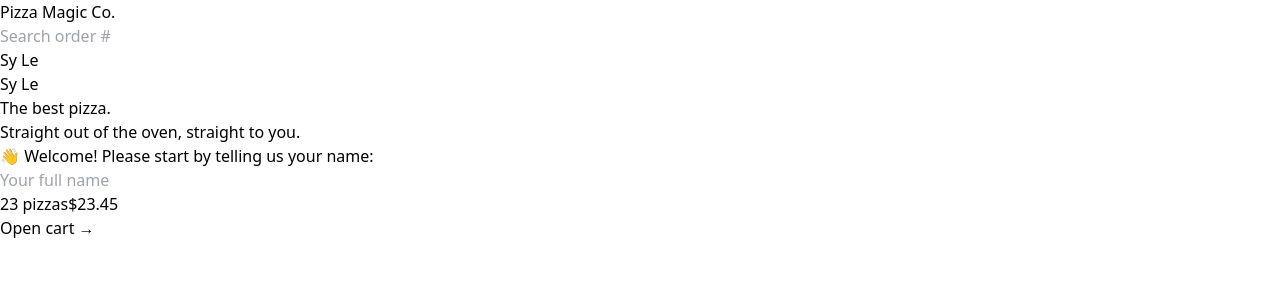
Repository: SyLe-Van/The-Pizza-Magic-web
Page: /
An editor plug-in stored every save of this project. The page is shown before and after the next save, followed by the edit.
The browser window is 1280 px wide. The pictures show the whole page.
The project was rebuilt for these pictures with package versions that can differ from the ones it lists, and the page was loaded fresh each time. Also part of the build but not shown: vite.config.js, src/ui/Loader.jsx, src/services/apiRestaurant.js, src/features/menu/Menu.jsx, src/features/cart/Cart.jsx, src/ui/Error.jsx, src/features/order/CreateOrder.jsx, src/utils/helpers.js and 1 more. Imported but missing from the stored project, and not drawn on this page: src/features/menu/MenuItem.

Above is the page before, as saved 2024-07-25 21:42:00.

### index.html
<!doctype html>
<html lang="en">
  <head>
    <meta charset="UTF-8" />
    <link rel="icon" type="image/svg+xml" href="/vite.svg" />
    <meta name="viewport" content="width=device-width, initial-scale=1.0" />
    <title>Vite + React</title>
  </head>
  <body clas="bg-stone-100 text-stone-700">
    <div id="root"></div>
    <script type="module" src="/src/main.jsx"></script>
  </body>
</html>

### src/App.jsx
import {RouterProvider, createBrowserRouter } from "react-router-dom"
import Home from "./ui/Home"
import AppLayout from "./ui/AppLayout"
import Menu, {loader as menuLoader} from "./features/menu/Menu"
import Cart from "./features/cart/Cart"
import Error from "./ui/Error"
import CreateOrder, {action as CreateOrderAction} from "./features/order/CreateOrder"
import Order, {loader as orderLoader} from "./features/order/Order"
const router = createBrowserRouter([
  {
    element: <AppLayout />,
    errorElement: <Error />,
    children: [
      {
        path: "/",
        element: <Home />
      },
      {
        path: "/menu",
        element: <Menu />,
        loader: menuLoader,
        errorElement: <Error />,
      },
      {
        path: "/cart",
        element: <Cart />
      },
      {
        path: "/order/new",
        element: <CreateOrder />,
        action: CreateOrderAction,
      },
      {
        path: "/order/:orderId",
        element: <Order />,
        loader: orderLoader,
        errorElement: <Error />,
      }
    ]
  },


])

export default function App() {
  return <RouterProvider router={router} />
}

### src/index.css
@tailwind base;
@tailwind components;
@tailwind utilities;
/* body {
  font-family: system-ui, -apple-system, BlinkMacSystemFont, 'Segoe UI', Roboto,
    Oxygen, Ubuntu, Cantarell, 'Open Sans', 'Helvetica Neue', sans-serif;
  background-color: #f7f7f7;
  color: #444;
}

.layout {
  display: grid;
  grid-template-rows: auto 1fr auto;
  gap: 32px;
  height: 100dvh;

} */

/* https://dev.to/afif/i-made-100-css-loaders-for-your-next-project-4eje */
.loader {
  width: 45px;
  aspect-ratio: 0.75;
  --c: no-repeat linear-gradient(#333 0 0);
  background: var(--c) 0% 50%, var(--c) 50% 50%, var(--c) 100% 50%;
  background-size: 20% 50%;
  animation: loading 1s infinite linear;
}

@keyframes loading {
  20% {
    background-position: 0% 0%, 50% 50%, 100% 50%;
  }
  40% {
    background-position: 0% 100%, 50% 0%, 100% 50%;
  }
  60% {
    background-position: 0% 50%, 50% 100%, 100% 0%;
  }
  80% {
    background-position: 0% 50%, 50% 50%, 100% 100%;
  }
}

### src/ui/Home.jsx
import CreateUser from "../features/user/CreateUser";

function Home() {
  return (
    <div className="my-10 text-center">
      <h1 className="text-xl font-semibold text-center mb-8 ">
        The best pizza.
        <br />
        <span className="text-yellow-500 ">
          Straight out of the oven, straight to you.
        </span>
      </h1>

      <CreateUser />
    </div>
  );
}

export default Home;

### src/ui/AppLayout.jsx
import { Outlet, useNavigation } from "react-router-dom";
import CartOverview from "../features/cart/CartOverview";
import Header from "./Header";
import Loader from "./Loader";
export default function AppLayout() {
    const navigation = useNavigation()
    const isLoading = navigation.state === "loading"
    return (
        <div className="layout">
            {isLoading && <Loader />}
            <Header />
            <main>
                <Outlet />
            </main>
            <CartOverview />
        </div>
    )
}

### src/features/cart/CartOverview.jsx
import { Link } from "react-router-dom";
export default function CartOverview() {
  return (
    <div className="bg-stone-800 text-stone-200 py-4 uppercase">
      <p className="text-stone-300 font-semibold space-x-4">
        <span>23 pizzas</span>
        <span>$23.45</span>
      </p>
      <Link to='/cart'>Open cart &rarr;</Link>
    </div>
  );
}

### src/ui/Header.jsx
import { Link } from "react-router-dom";
import Username from "../features/user/Username";
import SearchOrder from "../features/order/SearchOrder";

export default function Header() {
    return (
        <header className="bg-yellow-500 uppercase py-3 px-4 border-b border-stone-200">
            <Link className="tracking-widest" to="/">Pizza Magic Co.</Link>
            <SearchOrder />

            <Username />
            <p>Sy Le</p>
        </header>
    )
}

### src/features/user/Username.jsx
function Username() {
    return (
        <div className="text-sm hidden font-semibold">Sy Le</div>
    )
}

export default Username;

### src/features/order/SearchOrder.jsx
import {useState} from 'react';
import { useNavigate } from 'react-router-dom';
export default function SearchOrder() {
    const [query, setQuery] = useState("");
    const navigate = useNavigate()

    function handleSubmit(e) {
        e.preventDefault();
        if (!query) return;
        navigate('/order/' + query)
        setQuery("")
    }
    return (
        <form onSubmit={handleSubmit}>
            <input  placeholder="Search order #"
                    value={query}
                    onChange={e => setQuery(e.target.value)} />

        </form>
    )
}

### tailwind.config.js
/** @type {import('tailwindcss').Config} */
module.exports = {
  content: ["./index.html", "./src/**/*.{html,js, jsx, tsx}"],
  theme: {
    extend: {},
  },
  plugins: [],
};

Loaded but not shown: src/main.jsx (common file); src/features/user/CreateUser.jsx (common file)

After the next save:
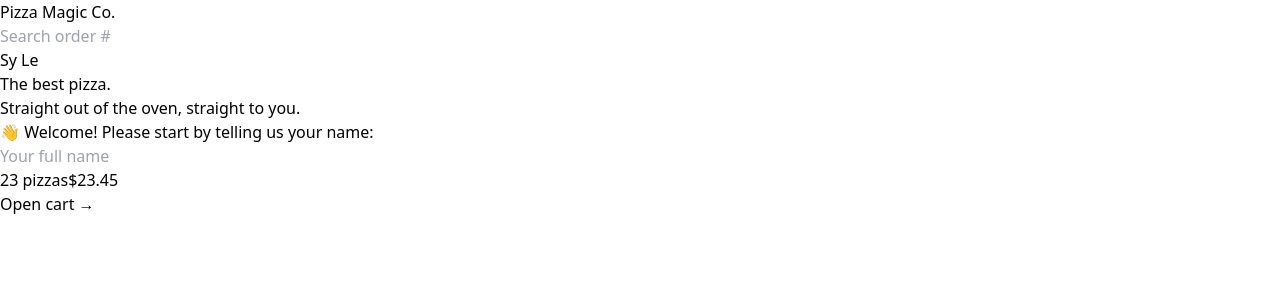
Saved 36 s later.
--- a/src/ui/Header.jsx
+++ b/src/ui/Header.jsx
@@ -9,7 +9,7 @@ export default function Header() {
             <SearchOrder />
 
             <Username />
-            <p>Sy Le</p>
+
         </header>
     )
 }
